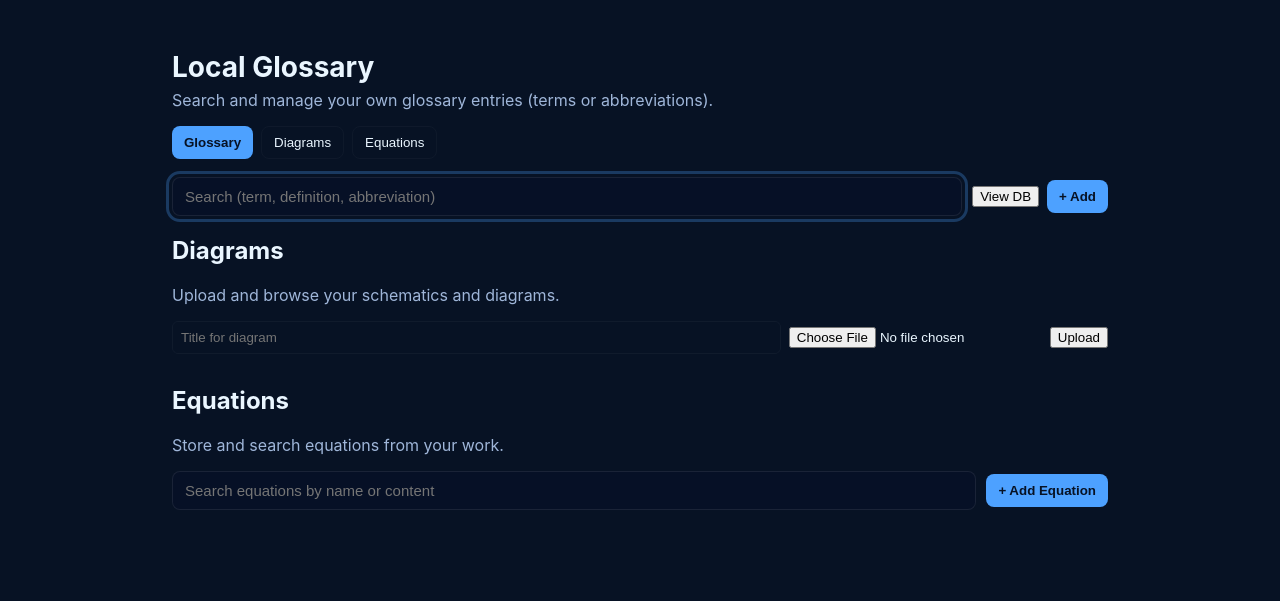
Repository: aldricprt/ecss-glossary
Page: web/index.html
An editor plug-in stored every save of this project. The page is shown before and after the next save, followed by the edit.
The browser window is 1280 px wide. The pictures show the whole page.
The page's requests for data from a server got no answer.

Above is the page before, as saved 2026-01-14 22:06:07.

After the next save:
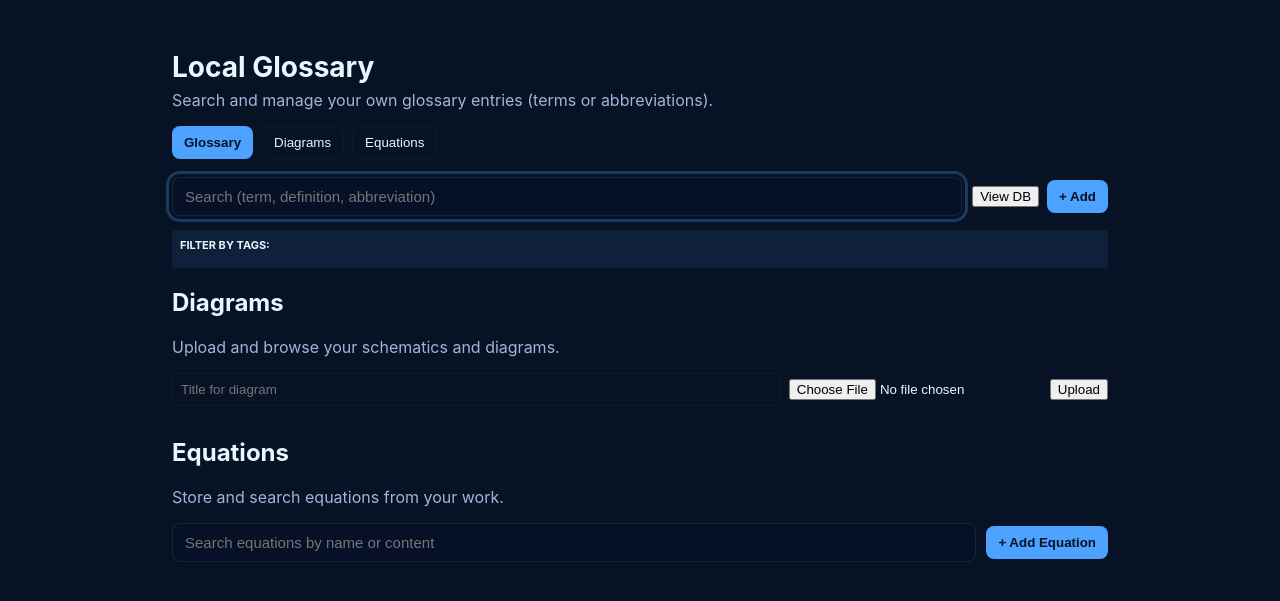
Saved 36 s later.
--- a/web/index.html
+++ b/web/index.html
@@ -24,6 +24,13 @@
           <button id="viewDb" title="View full DB">View DB</button>
           <button id="showAdd">+ Add</button>
         </div>
+      </div>
+
+      <!-- Tag filter section -->
+      <div id="tagFilterSection" style="margin:12px 0; padding:8px; border-radius:4px; background:rgba(77,161,255,0.1);">
+        <div style="font-size:11px; font-weight:bold; margin-bottom:8px; color:var(--text-muted);">FILTER BY TAGS:</div>
+        <div id="tagFilterContainer" style="display:flex;gap:8px;flex-wrap:wrap"></div>
+        <button id="clearTagFilters" type="button" style="margin-top:8px;padding:4px 8px;font-size:12px;display:none">Clear All Tags</button>
       </div>
 
       <section id="editor" class="editor hidden" aria-hidden="true">
